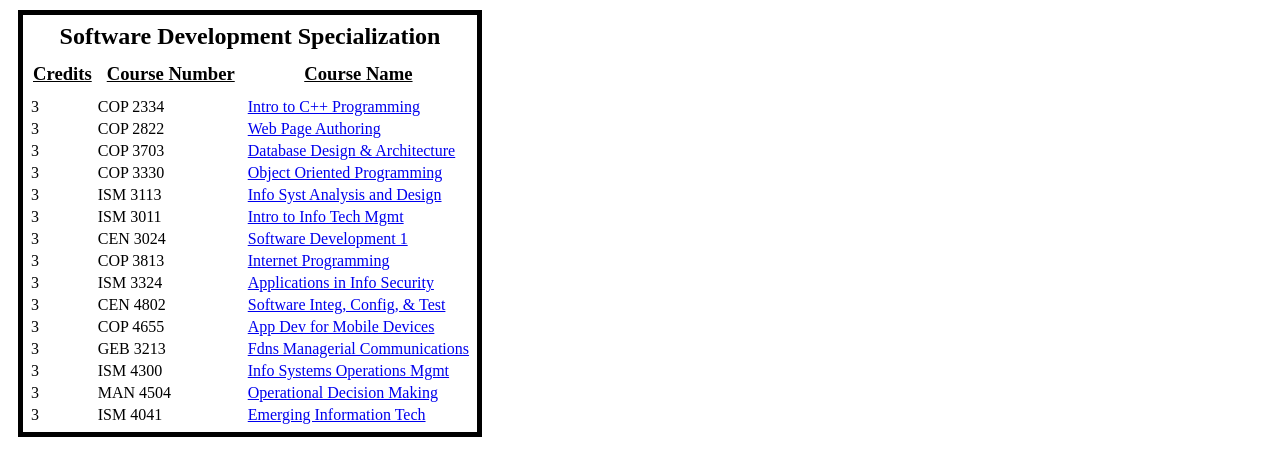
Repository: mlmEFSC21/P5-DegreeTableStyling
Page: FormattedProgramSpecialization1.html
These files come from the project's save history. The page is drawn as it stood at one moment and after the next save; the edit follows.
The browser window is 1280 px wide. The pictures show the whole page.
Some web fonts or font styles are not loaded; a fallback is used.

Above is the page before, as saved 2022-02-07 16:13:24.

After the next save:
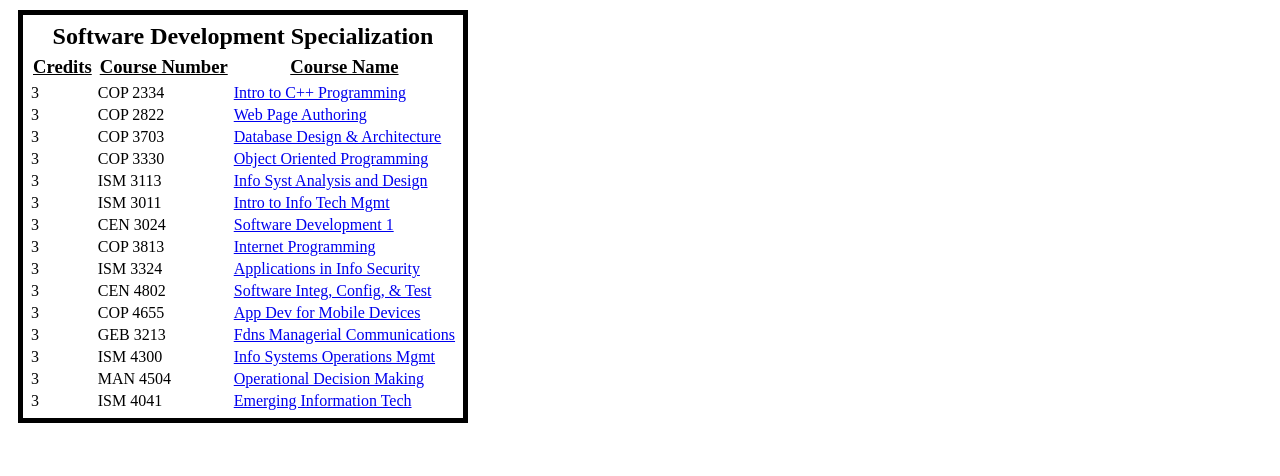
Saved 8 s later.
--- a/FormattedProgramSpecialization1.html
+++ b/FormattedProgramSpecialization1.html
@@ -22,8 +22,8 @@
                 </tr>
                 <tr style="font-size: 14pt; text-decoration: underline">
                     <th style="padding: 3px">Credits</th>
-                    <th style="padding: 10px">Course Number</th>
-                    <th style="padding: 10px">Course Name</th>
+                    <th style="padding: 3px">Course Number</th>
+                    <th style="padding: 3px">Course Name</th>
                 </tr>
             </thead>
             <tbody style="font-size: 12pt; text-align: left">
